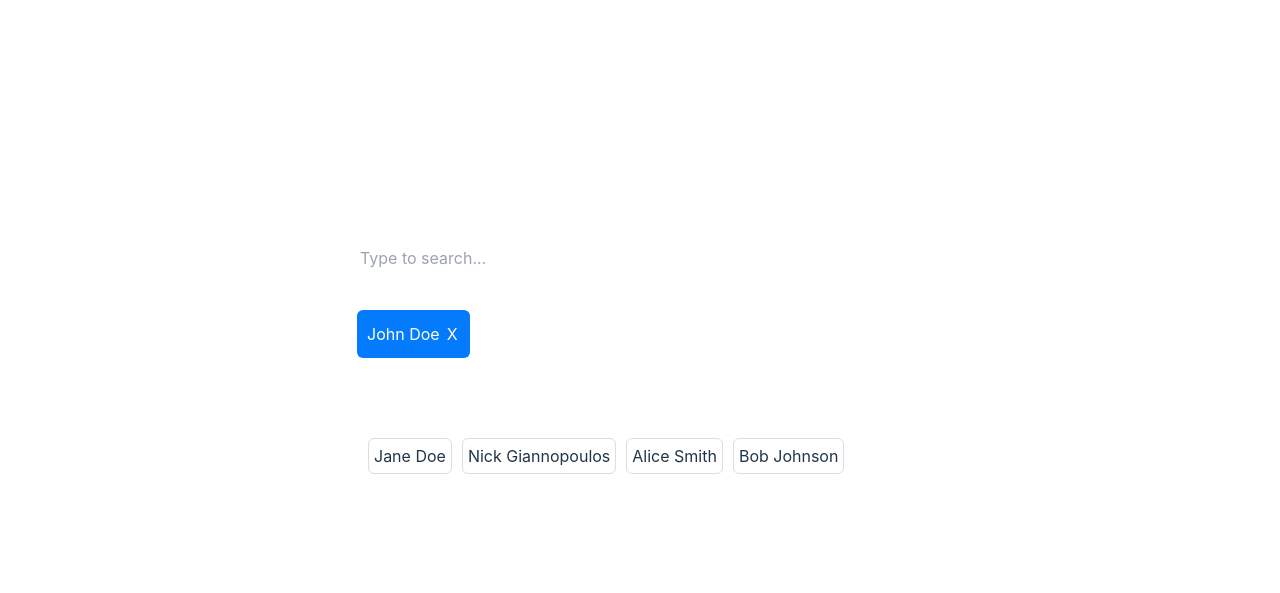
Repository: Ayansaxena24/Chip
Page: /, after clicking the first element matching `li.cursor-pointer`
The author's editor kept a copy of each file at every save. The page is drawn from the files as they stood at one save, then again after a run of saves.
The browser window is 1280 px wide. The pictures show the whole page.
Some web libraries are served in a nearby version. The project was rebuilt for these pictures with package versions that can differ from the ones it lists, and the page was loaded fresh each time. Also part of the build but not shown: vite.config.ts, src/ChipInput.css.

Above is the page before, as saved 2024-01-16 03:41:21.

After the next 2 saves:
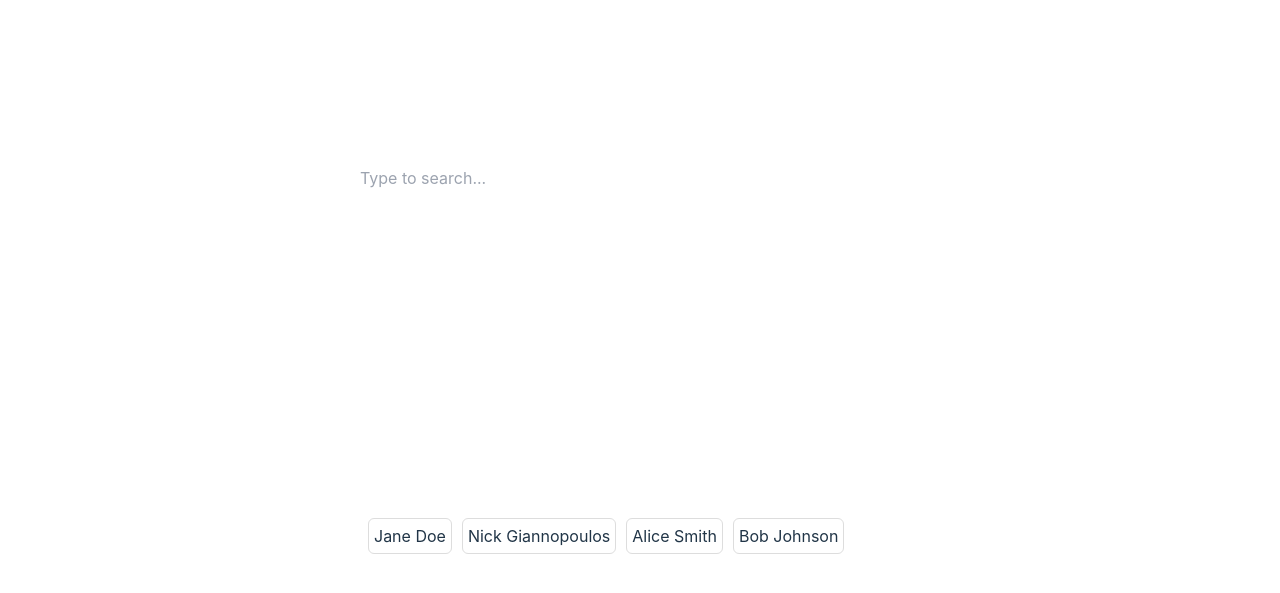
The 2 saves are shown as one change because they came seconds apart.
The last was saved 9 s later.
--- a/src/ChipInput.tsx
+++ b/src/ChipInput.tsx
@@ -78,7 +78,7 @@ const ChipInput: React.FC = () => {
           {chips.map((chip) => (
             <div
               key={chip.id}
-              className="bg-[#037bfc] text-white mt-20 rounded-md m-[5px] pr-[30px] pl-[10px] py-[12px] cursor-pointer flex items-center relative"
+              className="bg-[#037bfc] text-white mb-60 rounded-md m-[5px] pr-[30px] pl-[10px] py-[12px] cursor-pointer flex items-center relative"
               onClick={() => handleChipRemove(chip.id)}
             >
               {chip.label}
